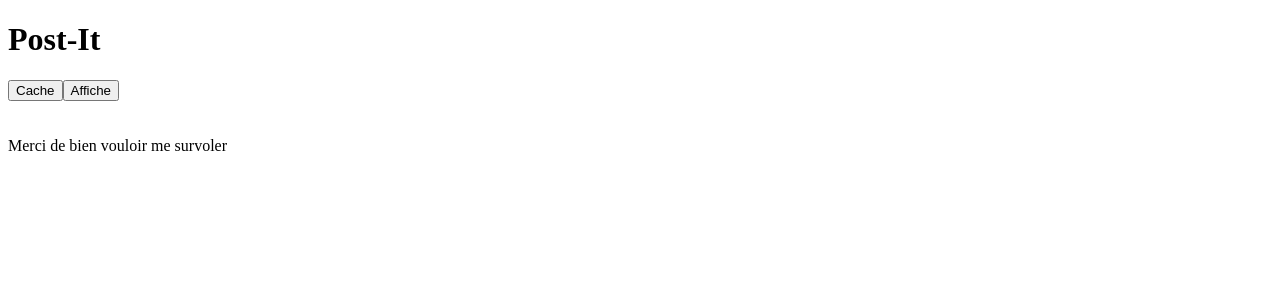
Repository: evalwebmeteofullstack/Gestion_meteo
Page: Notes/Cours + Exercices/Exercices/static/test/5em-code.html
An editor plug-in stored every save of this project. The page is shown before and after the next save, followed by the edit.
The browser window is 1280 px wide. The pictures show the whole page.
After loading, the first visible `#butAf` was clicked once.

Above is the page before, as saved 2019-02-04 08:41:32.
Console error: ReferenceError: visible is not defined

After the next save:
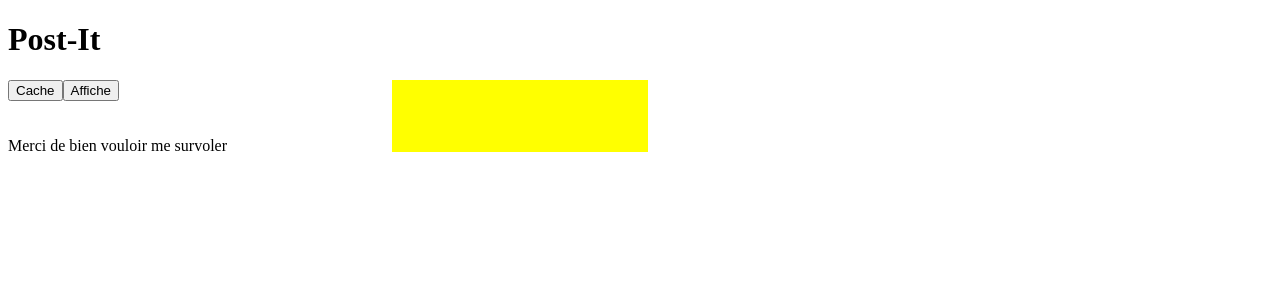
The error is gone.
Saved 3 min 5 s later.
--- a/Notes/Cours + Exercices/Exercices/static/test/test5.js
+++ b/Notes/Cours + Exercices/Exercices/static/test/test5.js
@@ -3,5 +3,5 @@ document.getElementById("butAf").onclick = function() {
 };
 
 function afficheDiv() {
-	document.getElementById("postIt").style.visibility = visible;
+	document.getElementById("postIt").style.visibility = "visible";
 }
